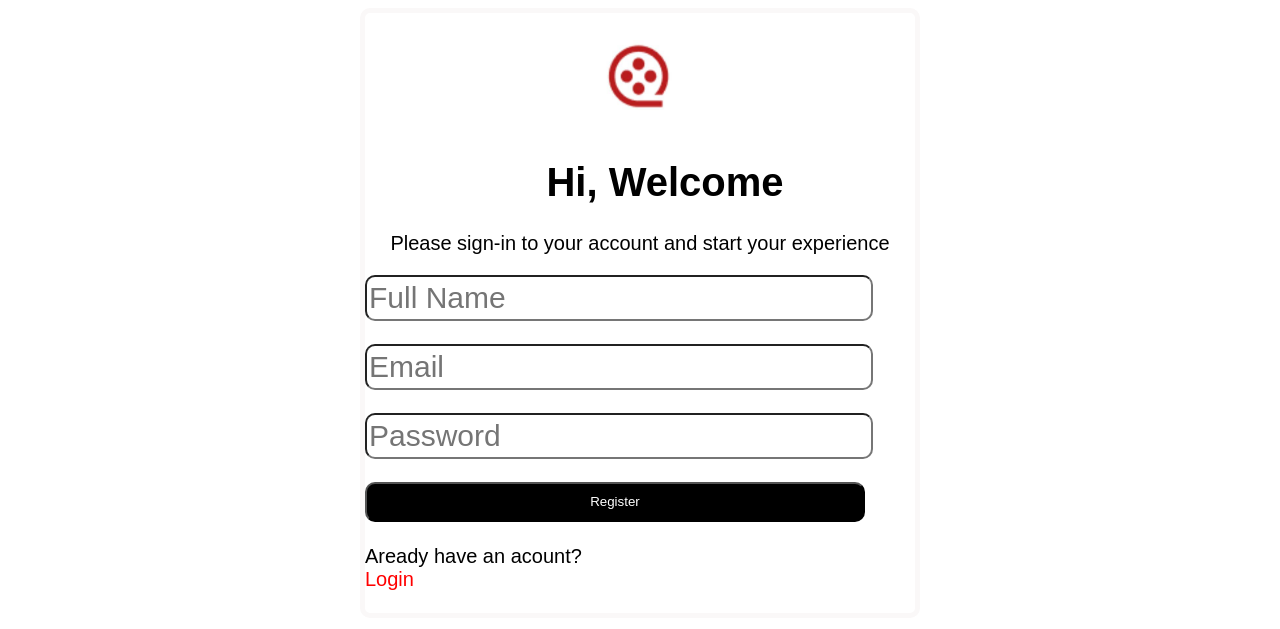
Repository: KingBoyMaylow/movie-task
Page: index.html
These files come from the project's save history. The page is drawn as it stood at one moment and after a run of saves; the edit follows.
The browser window is 1280 px wide. The pictures show the whole page.

Above is the page before, as saved 2024-05-20 14:03:56.

After the next 2 saves:
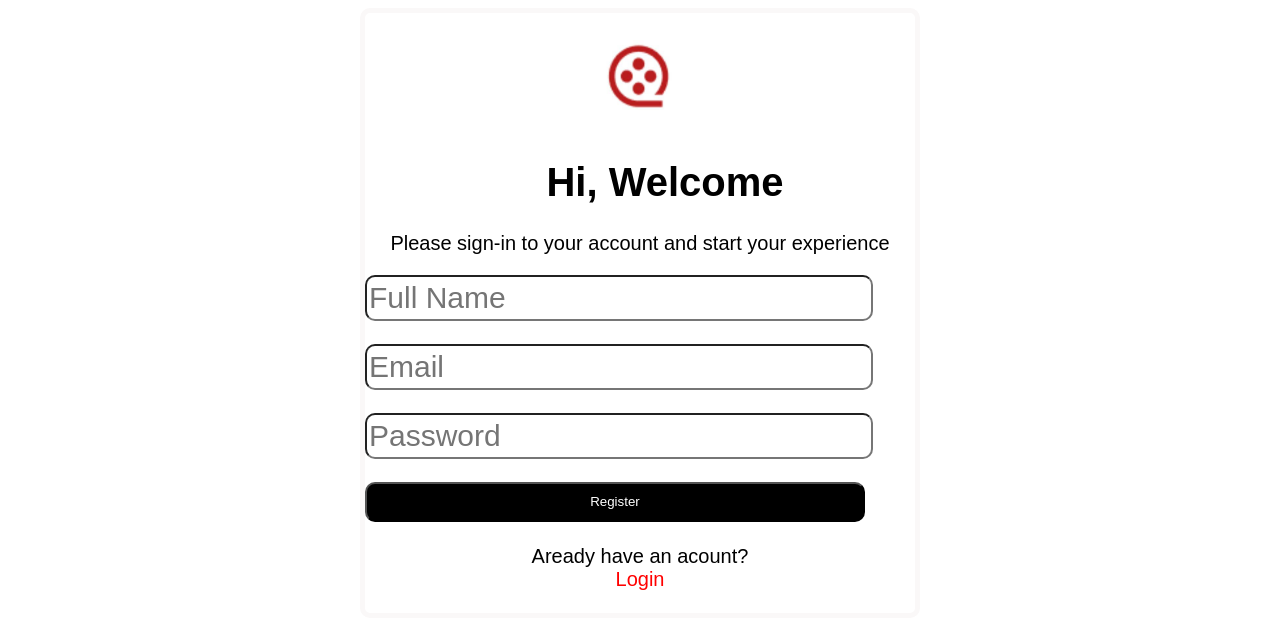
The 2 saves are shown as one change because they came seconds apart.
The last was saved 11 s later.
--- a/script.css
+++ b/script.css
@@ -59,5 +59,5 @@ span a {
 }
 span{
     display: flex;
-    jus
+    justify-content: center;
 }
